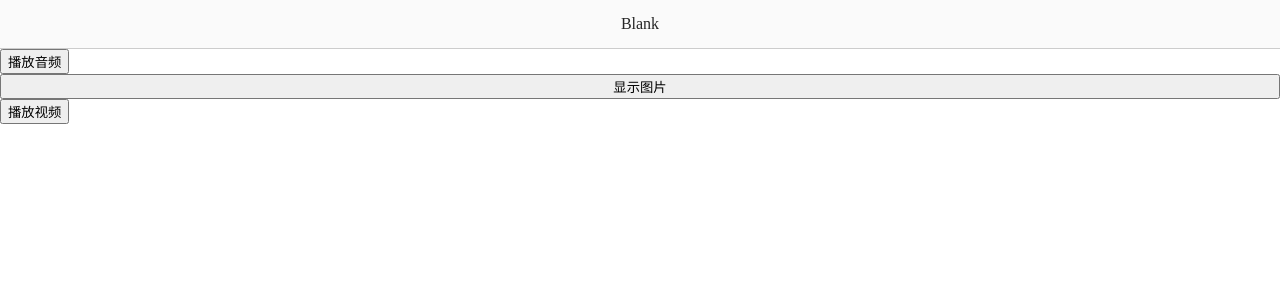
Repository: andycj7/-
Page: web/test3/index.html
The author's editor kept a copy of each file at every save. The page is drawn from the files as they stood at one save, then again after the next save.
The browser window is 1280 px wide. The pictures show the whole page.

Above is the page before, as saved 2020-07-15 05:21:13.

After the next save:
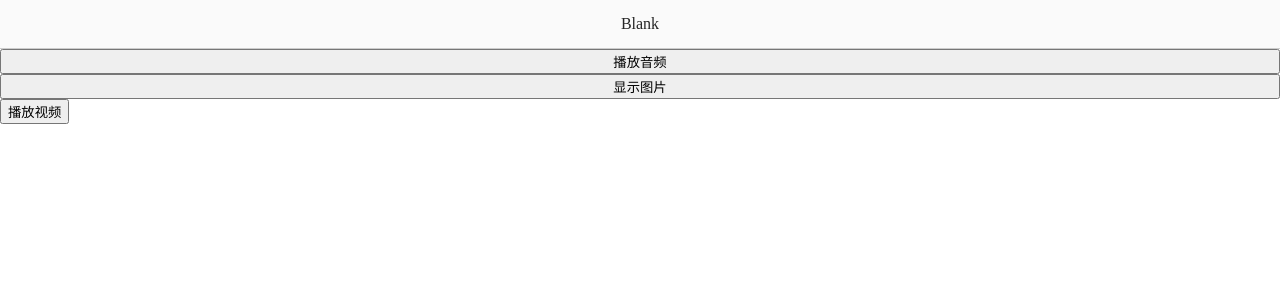
Saved 11 s later.
--- a/web/test3/index.html
+++ b/web/test3/index.html
@@ -11,7 +11,7 @@
 <body>
 	<div class="title">Blank</div>
 	<div class="line"></div>
-	<div>
+	<div class = "display">
 		<audio>
 			<source src="./res/audio/1.mp3" type = "audio/mp3">
 		</audio>
